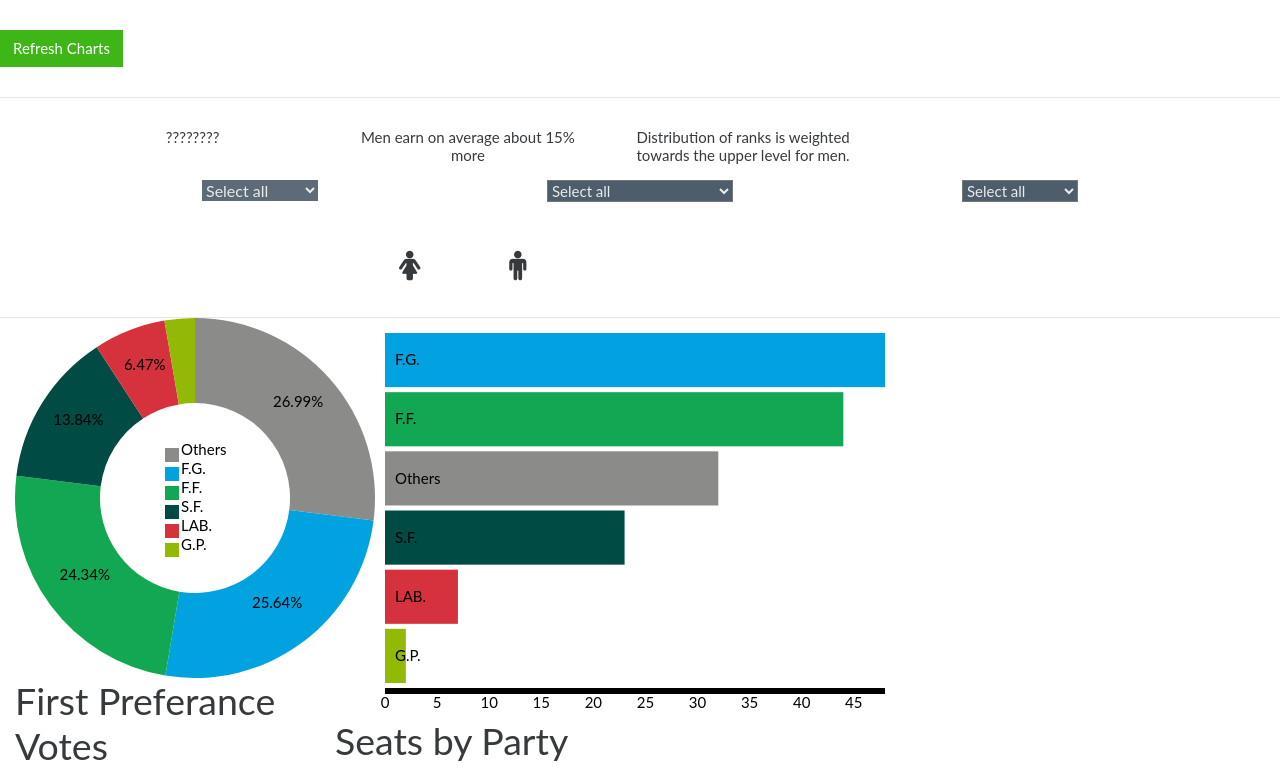
Repository: pauldardis/project-2-test
Page: index.html
The author's editor kept a record of every edit. The page is drawn from the files as they stood at one moment, then again after the next edit.
The browser window is 1280 px wide. The pictures show the whole page.

Above is the page before.
Console error: TypeError: Cannot read properties of null (reading 'textContent')

After the next edit:
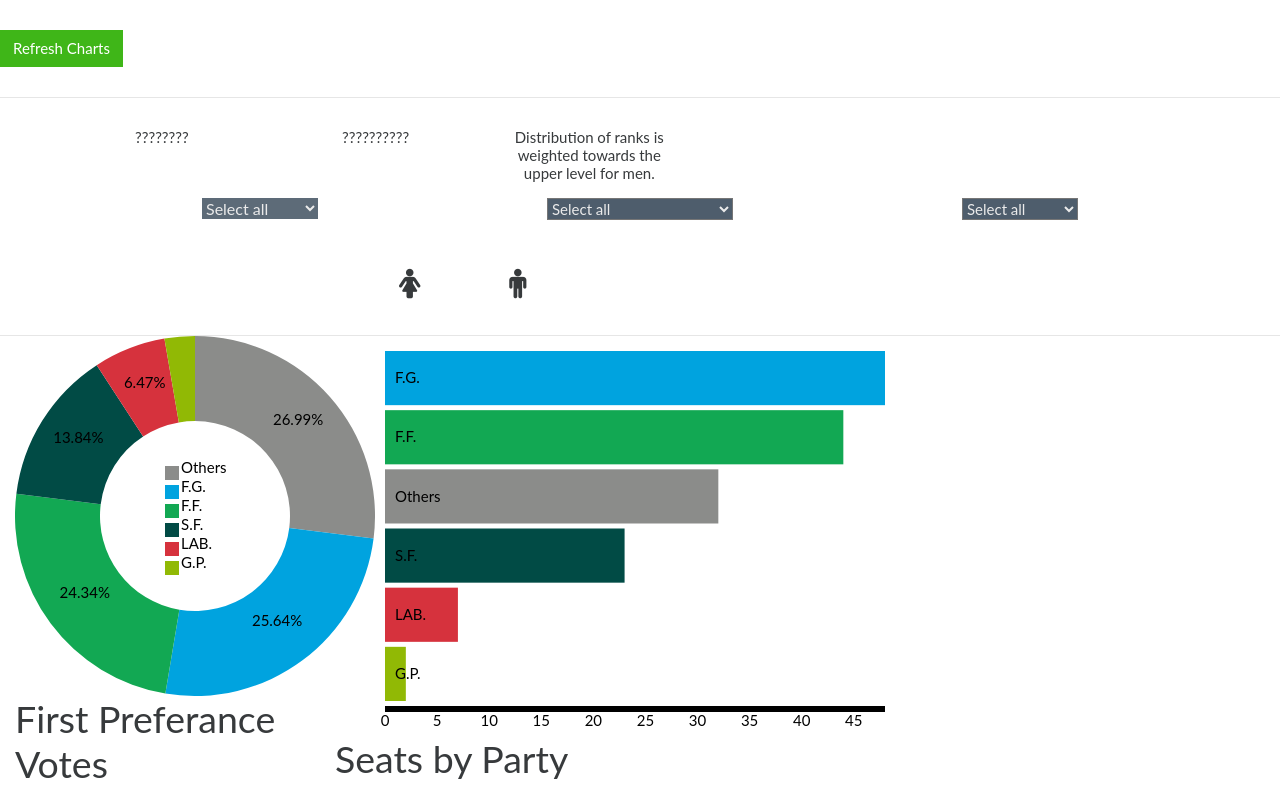
The edit:
--- a/index.html
+++ b/index.html
@@ -40,7 +40,7 @@
                         <p class="section-paragraph">????????</p>
                     </div>
                     <div class="col-xs-12 col-sm-4 text-center">
-                        <p class="section-paragraph">Men earn on average about 15% more</p>
+                        <p class="section-paragraph">??????????</p>
                     </div>
                     <div class="col-xs-12 col-sm-4 text-center">
                         <p class="section-paragraph">Distribution of ranks is weighted towards the upper level for men.</p>
